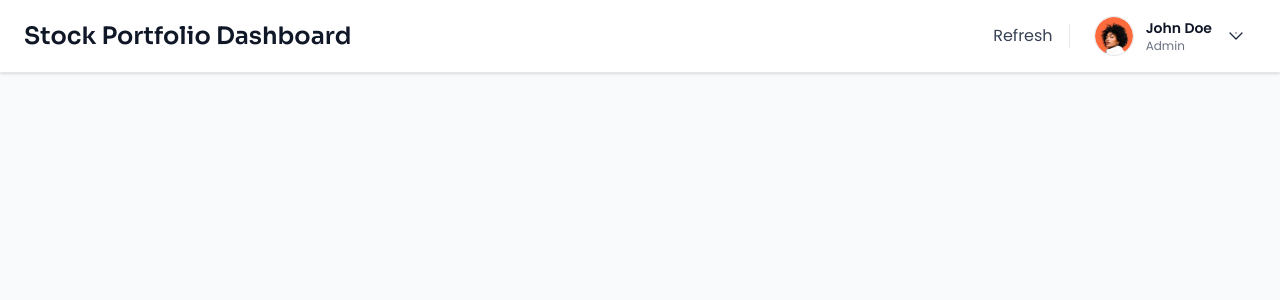
Repository: jabir12-12/inten-project
Page: /
These files come from the project's save history. The page is drawn as it stood at one moment and after the next save; the edit follows.
The browser window is 1280 px wide. The pictures show the whole page.
The project was rebuilt for these pictures with package versions that can differ from the ones it lists, and the page was loaded fresh each time. The framework's server and built-in components were replaced by stand-ins that run in the browser. Also part of the build but not shown: next.config.ts.

Above is the page before, as saved 2025-05-17 13:25:23.

After the next save:
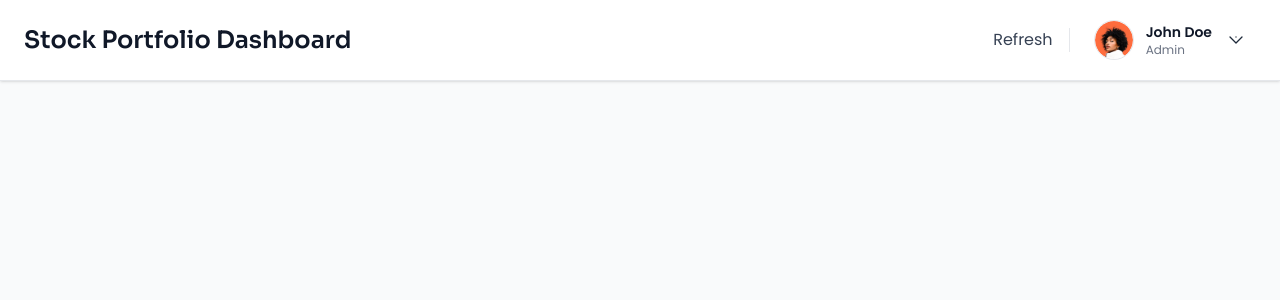
Saved 24 s later.
--- a/src/pages/index.tsx
+++ b/src/pages/index.tsx
@@ -16,7 +16,7 @@ export default function Home() {
             Refresh
           </button>
           <div className="hidden md:block bg-gray-200 h-6 w-px"></div>
-          <div className="flex items-center gap-2 md:gap-3 cursor-pointer rounded-md px-2 hover:bg-gray-100  transition-colors">
+          <div className="flex items-center gap-2 md:gap-3 cursor-pointer rounded-md px-2 py-1 hover:bg-gray-100  transition-colors">
             <div className="h-8 w-8 md:h-10 md:w-10 overflow-hidden rounded-full border border-gray-200">
               <Image
                 src="/images/Ellipse 1534 (6).svg"
